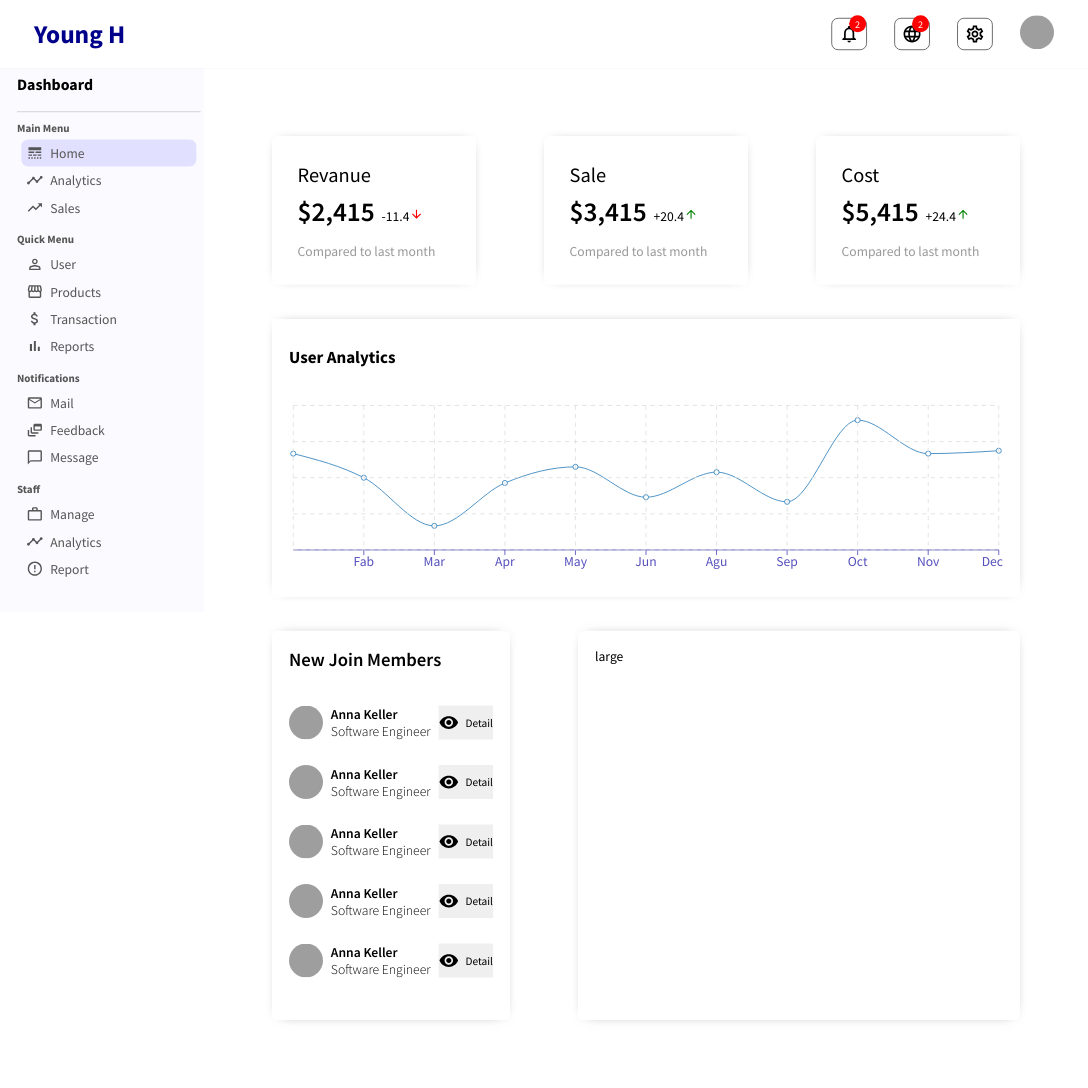
Repository: noname20011/admin
Page: /
An editor plug-in stored every save of this project. The page is shown before and after the next save, followed by the edit.
The browser window is 1280 px wide. The pictures show the whole page, at 85% of full size.
Pictures or frames that could not be fetched are drawn as grey boxes. The project was rebuilt for these pictures with package versions that can differ from the ones it lists, and the page was loaded fresh each time.

Above is the page before, as saved 2021-11-14 08:56:18.

After the next save:
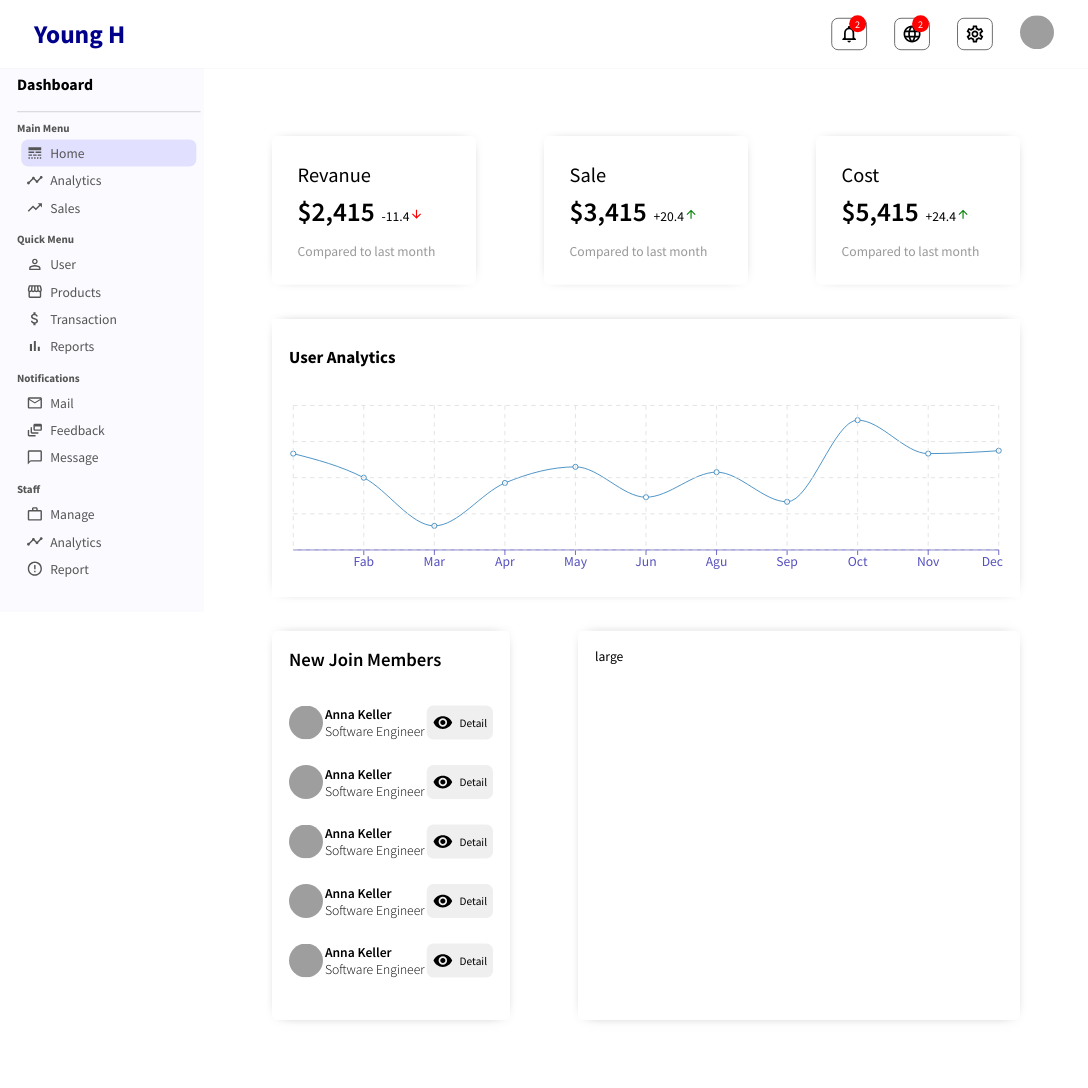
Saved 13 s later.
--- a/src/comopnents/widgetSm/widgetSm.css
+++ b/src/comopnents/widgetSm/widgetSm.css
@@ -44,4 +44,6 @@
     column-gap: .5rem;
     justify-content: center;
     align-items: center;
+    padding: 7px;
+    border-radius: .5rem;
 }
